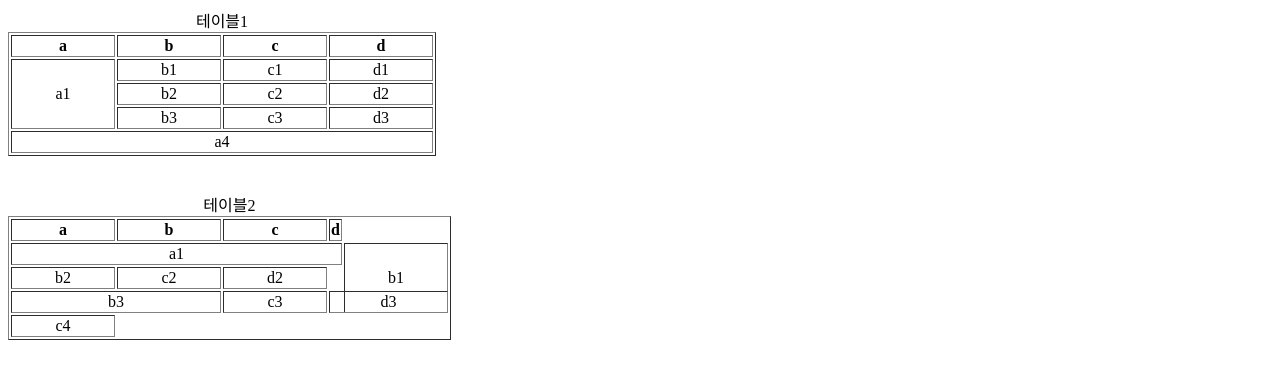
Repository: roditee/Frontend_ex
Page: HTML01/src/main/webapp/table.html
The author's editor kept a copy of each file at every save. The page is drawn from the files as they stood at one save, then again after the next save.
The browser window is 1280 px wide. The pictures show the whole page.

Above is the page before, as saved 2021-12-02 05:19:44.

After the next save:
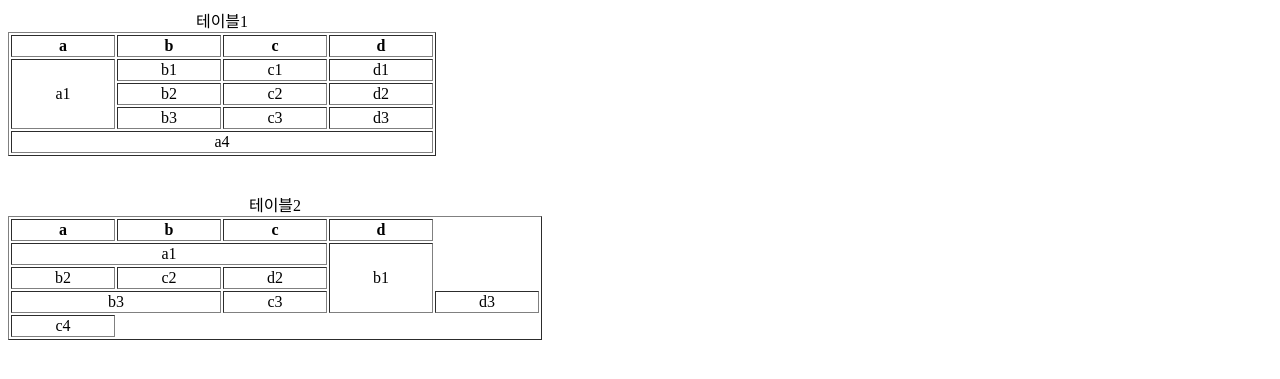
Saved 7 s later.
--- a/HTML01/src/main/webapp/table.html
+++ b/HTML01/src/main/webapp/table.html
@@ -23,7 +23,7 @@
 			<caption>테이블2</caption>
 			<thead align="center">
 			<tr><th>a</th><th>b</th><th>c</th><th>d</th></tr>
-			<tr><td colspan="4">a1</td><td rowspan="3">b1</td></tr>
+			<tr><td colspan="3">a1</td><td rowspan="3">b1</td></tr>
 			<tr><td>b2</td><td>c2</td><td>d2</td></tr>
 			<tr><td colspan="2">b3</td><td>c3</td><td colspan="2">d3</td></tr>
 			<tr><td>c4</td></tr>
